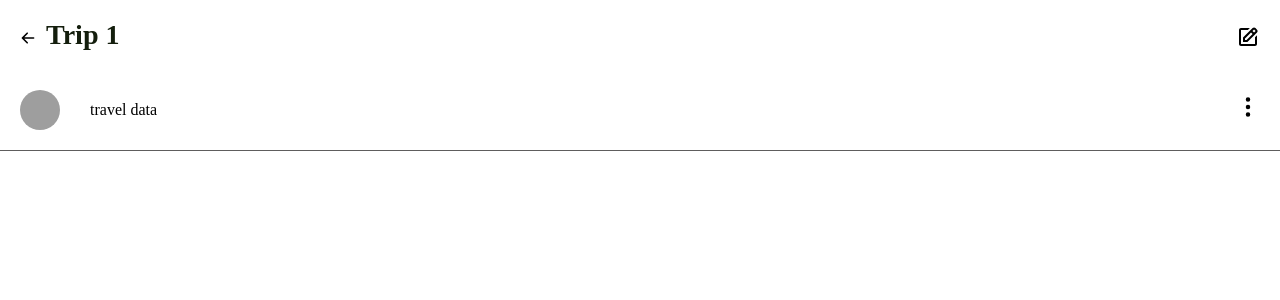
Repository: Abhi2359/PWA_Corider
Page: /
These files come from the project's save history. The page is drawn as it stood at one moment and after the next save; the edit follows.
The browser window is 1280 px wide. The pictures show the whole page.
Pictures or frames that could not be fetched are drawn as grey boxes. The page's requests for data from a server got no answer. The project was rebuilt for these pictures with package versions that can differ from the ones it lists, and the page was loaded fresh each time. No one was signed in, and anything a server would have sent is missing. Also part of the build but not shown: vite.config.js.

Above is the page before, as saved 2023-05-13 02:33:31.

After the next save:
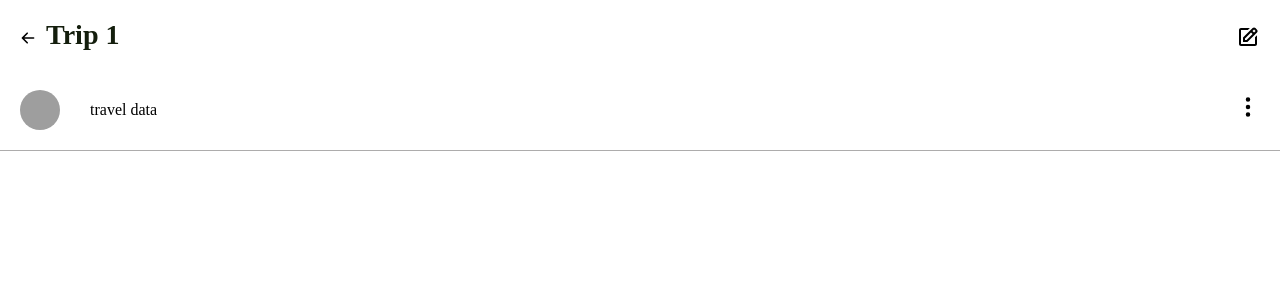
Saved 15 s later.
--- a/src/App.css
+++ b/src/App.css
@@ -69,6 +69,6 @@ color: #141E0D;
     font-size: 24px;
 }
 .line {
-    border-top: 0.5px solid #5e5d5d;
+    border-top: 0.5px solid #adacac;
     margin: 10px 0;
   }
